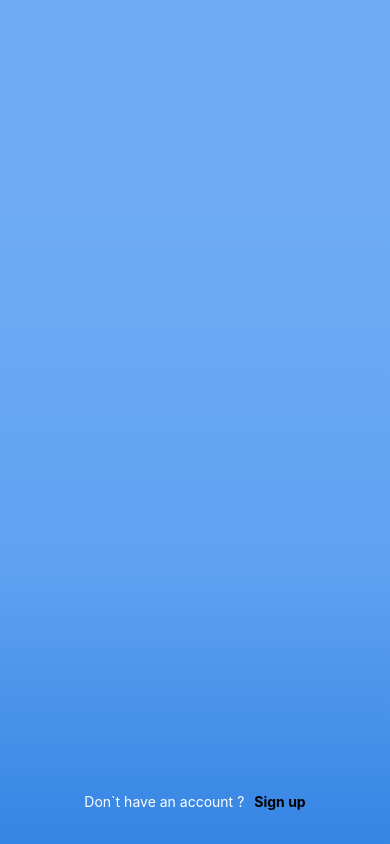
Repository: kamarajcalm/loginpage
Screen: /
These files come from the project's save history. The screen is drawn as it stood at one moment and after the next save; the edit follows.
The app was drawn by React Native's web renderer in a window 390 px wide. The project was rebuilt for these pictures with package versions that can differ from the ones it lists, and the page was loaded fresh each time.

Above is the screen before, as saved 2021-12-25 23:49:15.

### App.js
import { StatusBar } from 'expo-status-bar';
import { StyleSheet, Text, View, TouchableOpacity } from 'react-native';
import { LinearGradient } from 'expo-linear-gradient';

export default function App() {
  return (
    <LinearGradient style={styles.container}
      colors={["#70ACF4", '#6CAAF3', "#5FA2F1", "#3585E4",]}
    >

      <StatusBar style="auto" />

      <View style={styles.content}>

      </View>
      <View style={styles.footer}>
        <View>
          <Text style={styles.text}>Don`t have an account ?</Text>
        </View>
        <TouchableOpacity style={{ marginLeft: 10 }}>
          <Text style={styles.text, { fontWeight: "bold" }}>Sign up</Text>
        </TouchableOpacity>
      </View>
    </LinearGradient>
  );
}

const styles = StyleSheet.create({
  container: {
    flex: 1,

  },

  content: {
    flex: 0.9,
    alignItems: "center",
    justifyContent: "center"
  },
  footer: {
    flex: 0.1,
    flexDirection: "row",
    alignItems: "center",
    justifyContent: "center"
  },
  text: {
    color: "#fff"
  }
});

After the next save:
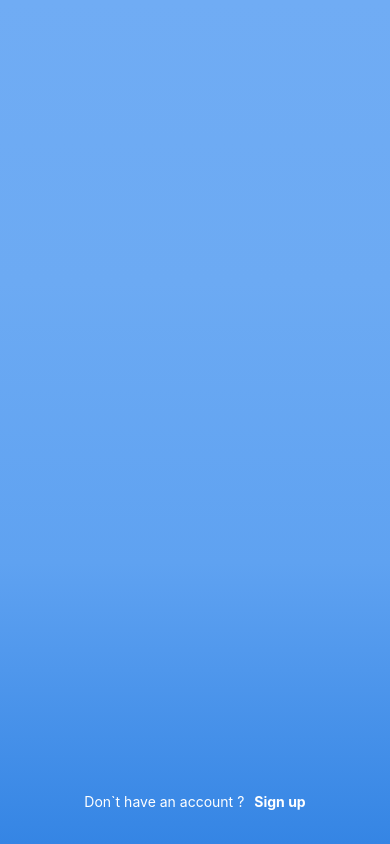
Saved 14 s later.
--- a/App.js
+++ b/App.js
@@ -18,7 +18,7 @@ export default function App() {
           <Text style={styles.text}>Don`t have an account ?</Text>
         </View>
         <TouchableOpacity style={{ marginLeft: 10 }}>
-          <Text style={styles.text, { fontWeight: "bold" }}>Sign up</Text>
+          <Text style={[styles.text, { fontWeight: "bold" }]}>Sign up</Text>
         </TouchableOpacity>
       </View>
     </LinearGradient>
